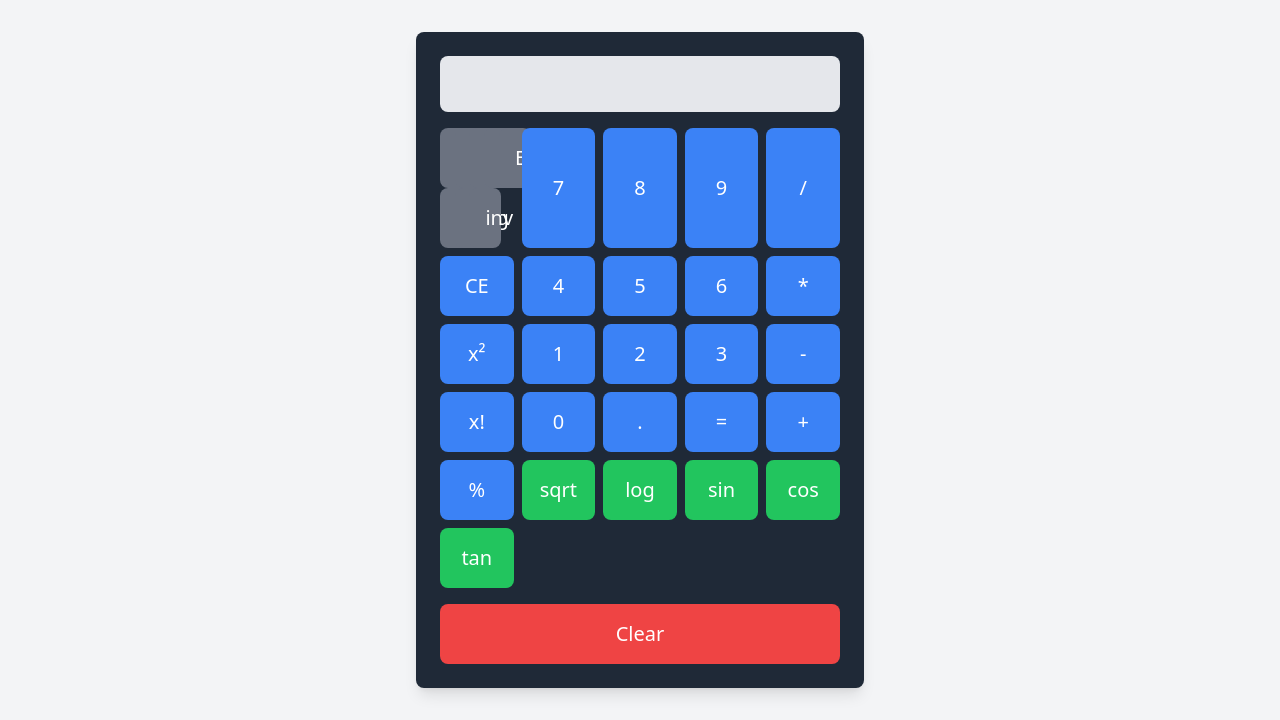
Repository: Sirinegaddour11/Calculator-App
Page: /
These files come from the project's save history. The page is drawn as it stood at one moment and after the next save; the edit follows.
The browser window is 1280 px wide. The pictures show the whole page.
The project was rebuilt for these pictures with package versions that can differ from the ones it lists, and the page was loaded fresh each time. The framework's server and built-in components were replaced by stand-ins that run in the browser. Also part of the build but not shown: next.config.mjs.

Above is the page before, as saved 2024-09-16 19:20:51.

After the next save:
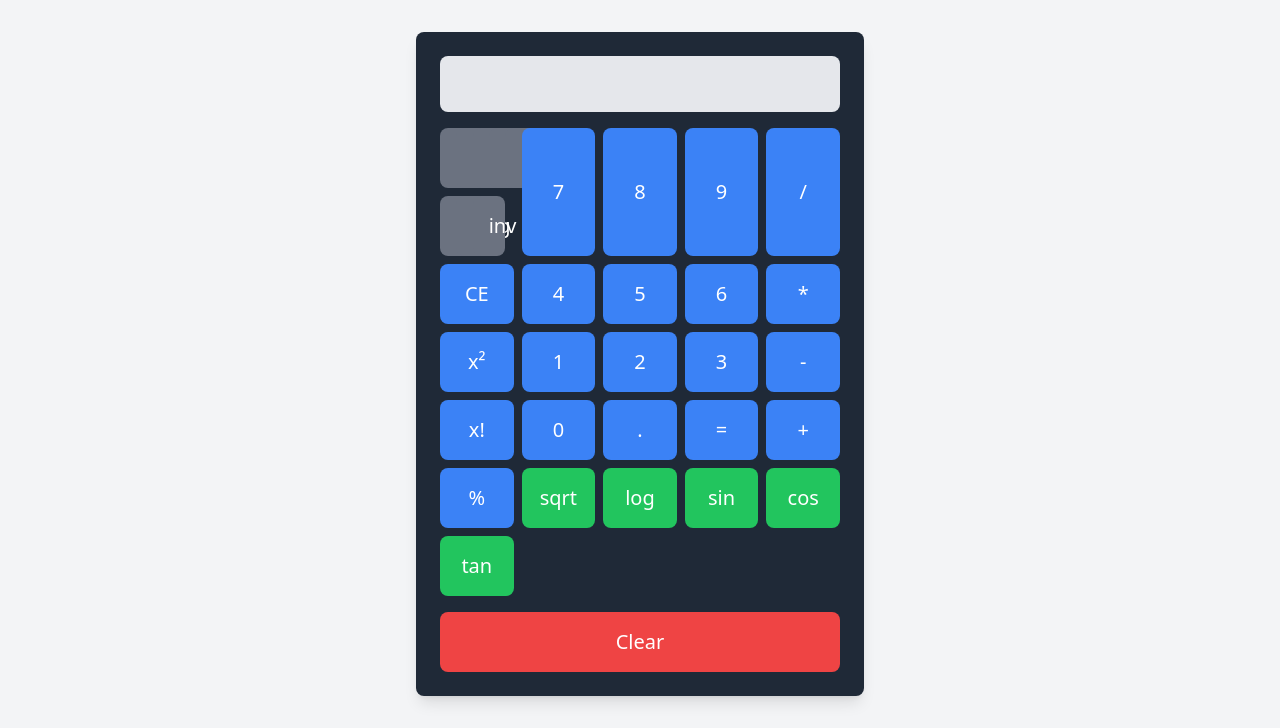
Saved 4 s later.
--- a/components/calculator.tsx
+++ b/components/calculator.tsx
@@ -76,7 +76,7 @@ const Calculator: React.FC = () => {
         />
         <div className="grid grid-cols-5 gap-2">
           {/* Ligne 6 (fonctions supplémentaires) */}
-          <div className="grid grid-cols-5 gap">
+          <div className="grid grid-cols-5 gap-2">
             {["pi", "e", "ln", "Ans", "EXP", "Rad", "Deg", "inv"].map(
               (func, index) => (
                 <button
